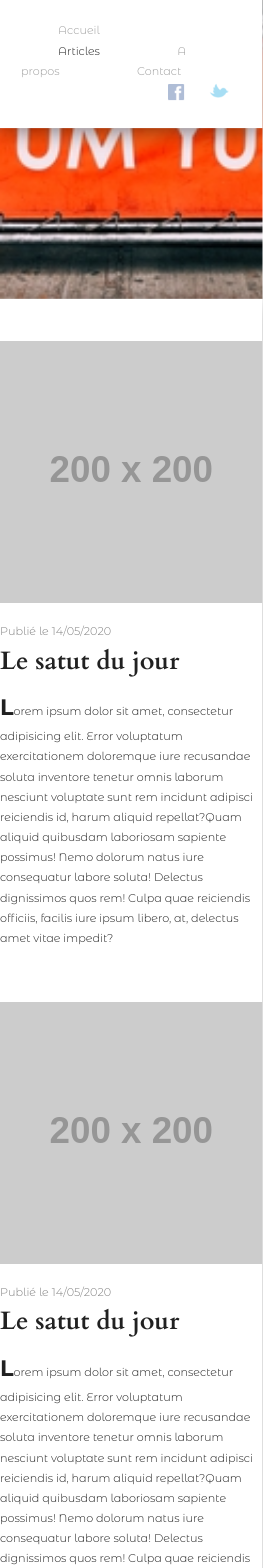
Repository: Elie-Dey/blog-train
Page: index.html
An editor plug-in stored every save of this project. The page is shown before and after the next save, followed by the edit.
The browser window is 375 px wide. The pictures show the part of the page from y = 0 to 2240 px (the page is 5253 px tall before and 5277 px after), at 70% of full size.

Above is the page before, as saved 2020-06-19 23:02:23.

After the next save:
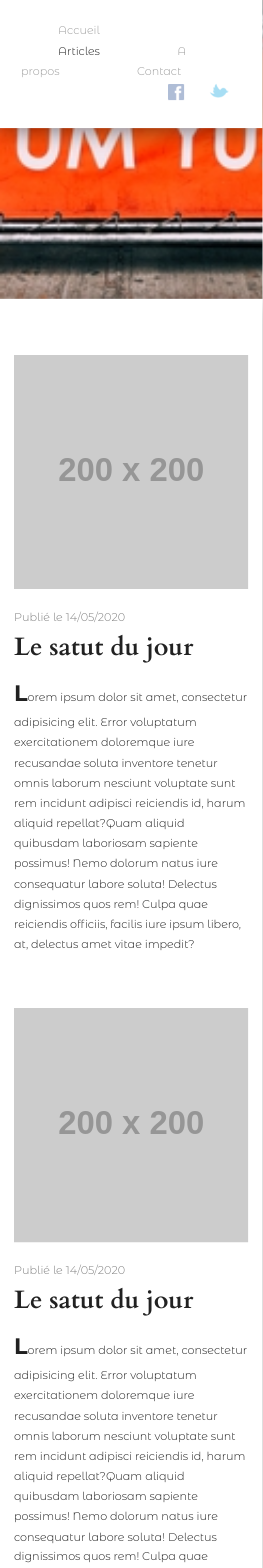
Saved 2 min 20 s later.
--- a/style.css
+++ b/style.css
@@ -280,6 +280,10 @@ body, html
 }
 @media screen and (max-width : 605px)
 {
+    .container
+    {
+        padding: 20px;
+    }
     .article
     {
         padding-left: 0;
